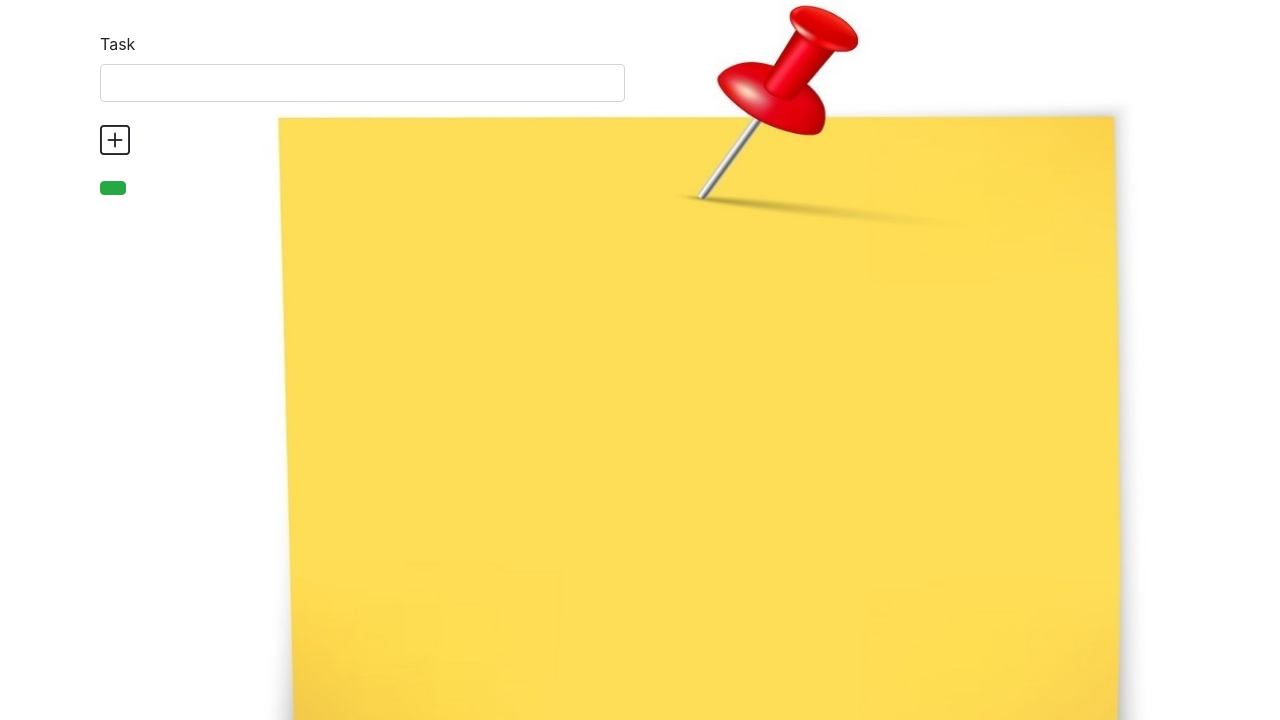
Repository: walaaElbasha/Todo-list-laravel
Page: http://localhost/tasks
The author's editor kept a copy of each file at every save. The page is drawn from the files as they stood at one save, then again after the next save.
The browser window is 1280 px wide. The pictures show the whole page.
The page is served by the project's Laravel application, run on PHP 8.4 with Laravel 8. Style sheets and scripts are compiled from the project's sources, by tool versions that may differ from the author's. Queries for data that is not in the repository find no rows.

Above is the page before, as saved 2021-07-01 13:48:10.

After the next save:
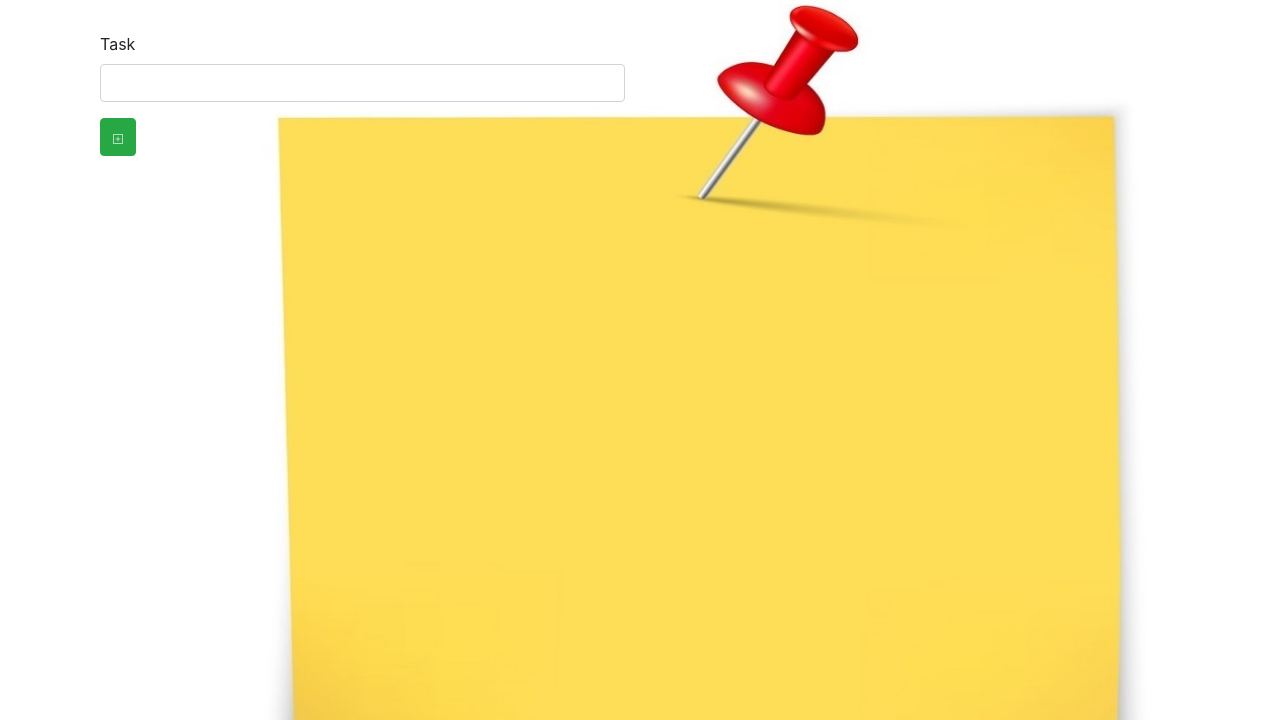
Saved 12 s later.
--- a/resources/views/tasks/index.blade.php
+++ b/resources/views/tasks/index.blade.php
@@ -55,16 +55,15 @@
                     <input type="text" name="name" id="name" class="form-control">
                 </div>
             </div>
-            <div style="display:flex">
+<div style="display:flex">
 
-                <div class="form-group">
-                    <div class="col-sm-offset-3 col-sm-6">
-
-                        <span style="font-size:30px"><i class="bi bi-plus-square">
-                                <button type="submit" class="btn btn-success"> </button></i> </span>
-
-                    </div>
+            <div class="form-group">
+                <div class="col-sm-offset-3 col-sm-6">
+                    <button type="submit" class="btn btn-success" >
+                        <span style="font-size:10px"><i class="bi bi-plus-square"></i> </span>
+                    </button>
                 </div>
+            </div>
             </div>
         </form>
     </div>
